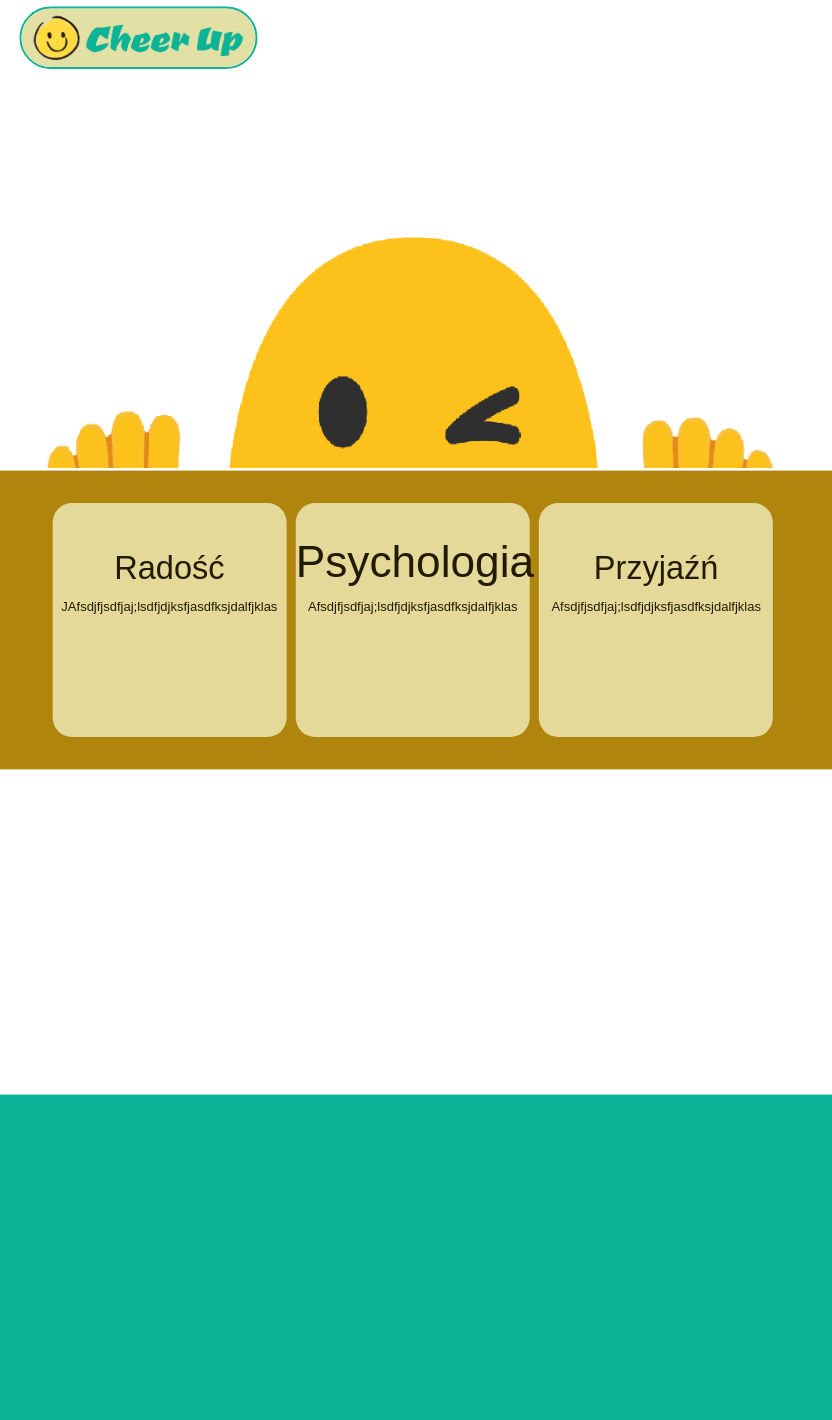
Repository: addstaw/moja-strona
Page: index.html
The author's editor kept a copy of each file at every save. The page is drawn from the files as they stood at one save, then again after the next save.
The browser window is 1280 px wide. The pictures show the whole page, at 65% of full size.
Some web fonts or font styles are not loaded; a fallback is used.

Above is the page before, as saved 2020-05-05 09:37:55.

### index.html
<!DOCTYPE html>
<html lang="pl">
    <head>
        <meta charset="utf-8"/>
        <title> Cheer Up</title>
        <link rel="shortcut icon" href="png/logo1.png" type="image/x-icon" />
        <meta name="description" content="Uśmiech to coś więcej niż prosty wyraz emocji. To nasza dusza wypuszczona na zewnątrz."/>
        <meta name="keywords" content="uśmiech, szczęście"/>
        <meta http-equiv="X-UA-Compatible" content="IE=edge, chrome=1"/>
        <link rel="stylesheet" href="css/style6.css" type="text/css"/>
        <link href="https://fonts.googleapis.com/css2?family=Ceviche+One&display=swap" rel="stylesheet">

    </head>
    <body>
        <div id="maincontainer">
            <herder>
                <div id="header">
                    <nav>
                        <span><img id="logo" src="png/header.png" width=360" height="90"/></span>
                    </nav>
                </div>
            </header>
            <div id="pause">

            </div>
            <section>
                <img id="emoticon" src="png/page4.png" width=100%" />
            </section>
        </div>
    <article>
        <div class="content">
            <div id="container">
                <div id="introduce">
                    <header><div class="headerIntroduce">Radość</div></header>
                    <article><div class="contentIntroduce">
                    JAfsdjfjsdfjaj;lsdfjdjksfjasdfksjdalfjklas
                    </div></article>
                </div>
                <div id="introduce">
                    <header><div class="headerIntroduce" id="mainHeaderIntroduce">Psychologia</div></header>
                    <article><div class="contentIntroduce">
                        Afsdjfjsdfjaj;lsdfjdjksfjasdfksjdalfjklas
                    </div></article>
                </div>
                <div id="introduce">
                    <header><div class="headerIntroduce">Przyjaźń</div></header>
                    <article><div class="contentIntroduce">
                        Afsdjfjsdfjaj;lsdfjdjksfjasdfksjdalfjklas
                    </div></article>
                </div>
            </div>
        </div>
    </article>
    <section>
        <div id="white">

        </div>
    </section>
    <footer>
        <div id="footer">

        </div>
    </footer>
    </body>
</html>

### css/style6.css
*{
    margin: 0px;
    font-family: sans-serif;
}
/*maincontaine*/
    #maincontainer{
        text-align: center;
    }
    #header{
        margin-right: 1500px;
    }
    #pause{
        /*height: calc(103vh - 80vw); first version*/
        height: calc(100vh - 110px - 100vw * (536/1919));
    }
    #logo{
        border-radius: 75px;
        border: 3px solid #0bb397;
        margin-left: 30px;
        margin-top: 10px;
        position: relative;

    }
/*Introduce*/
    .content{
        background-color: #b0850e;
        width: 100%;
        text-align: center;
    }
        .headerIntroduce{
            font-size: 50px;
            margin-top: 50px;
            margin-bottom: 20px;
            padding-top: 20px;
        }
            #mainHeaderIntroduce{
                font-size: 68px;
                padding-top: 0;
             }
        .contentIntroduce{
            font-size: 20px;
        }

    #introduce{
        width: 50vh;
        height: 50vh;
        background-color: #f1efbb;
        margin-top: 50px;
        margin-bottom: 50px;
        margin-right: 10px;
        display: inline-block;
        border-radius: 30px;
        opacity: 80%;
    }
    #introduce:hover{
        width: calc(50vh - 10px);
        height: calc(50vh - 10px);
        background-color: #f1efbb;/*#e3e0a6;*/
       /* margin-top: 45px;
        margin-bottom: 45px;
        margin-right: 10px;*/
        display: inline-block;
        border-radius: 30px;
        border: solid 5px #0bb397;
        opacity: 100%;
        transition: 0.25s;
    }
#white{
    height: 500px;
    background-color: #fff;
}
#footer{
    height: 500px;
    background-color: #0bb397;
}

After the next save:
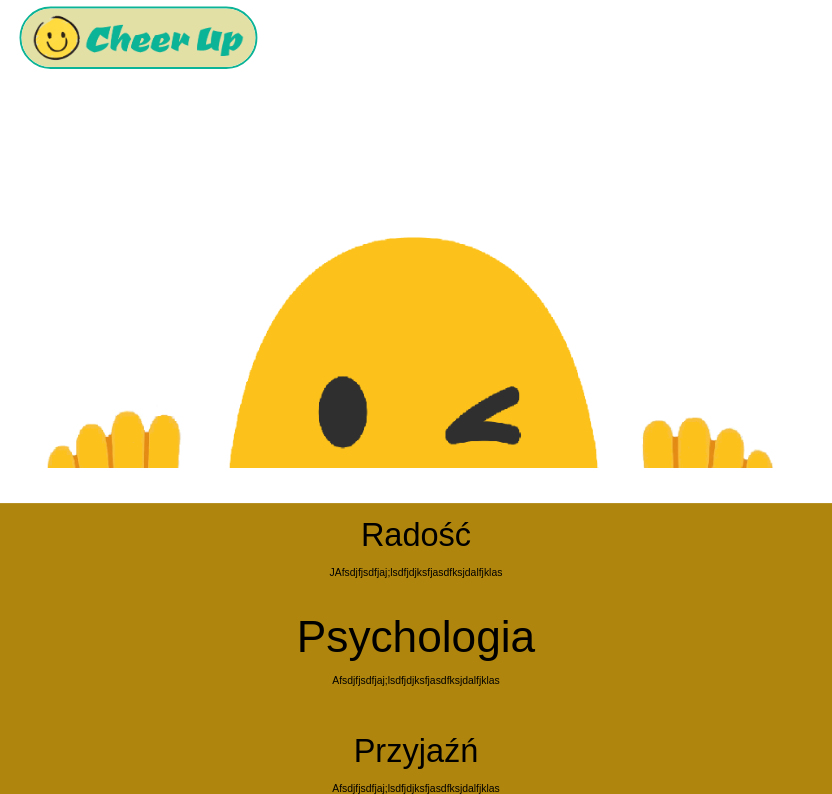
Saved 7 min 35 s later.
--- a/css/style6.css
+++ b/css/style6.css
@@ -38,7 +38,7 @@
                 padding-top: 0;
              }
         .contentIntroduce{
-            font-size: 20px;
+            font-size: calc(20px*(100vh / 100vw);
         }
 
     #introduce{

After the save that followed:
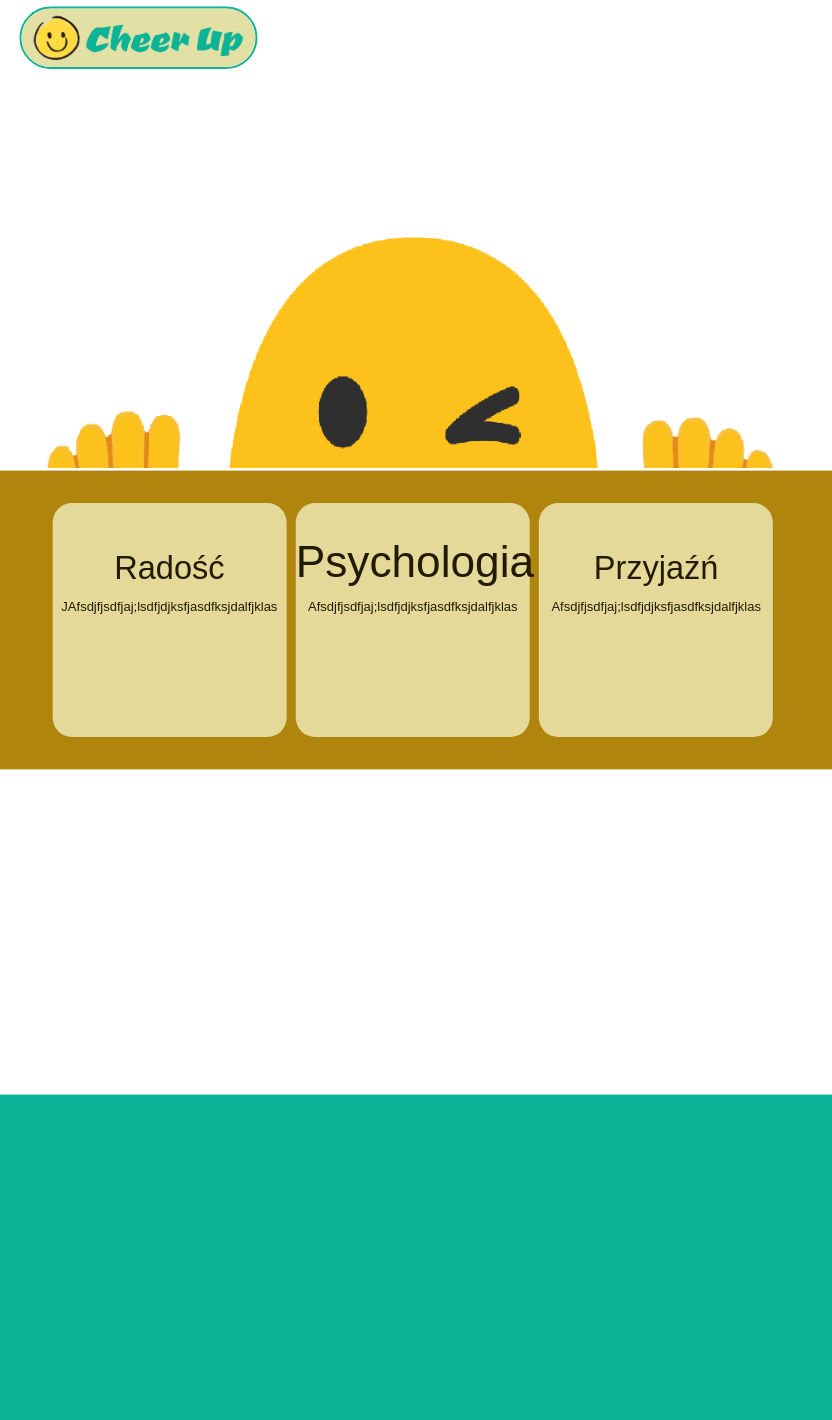
Saved 34 s later.
--- a/css/style6.css
+++ b/css/style6.css
@@ -38,7 +38,7 @@
                 padding-top: 0;
              }
         .contentIntroduce{
-            font-size: calc(20px*(100vh / 100vw);
+            font-size: calc(20px);
         }
 
     #introduce{
